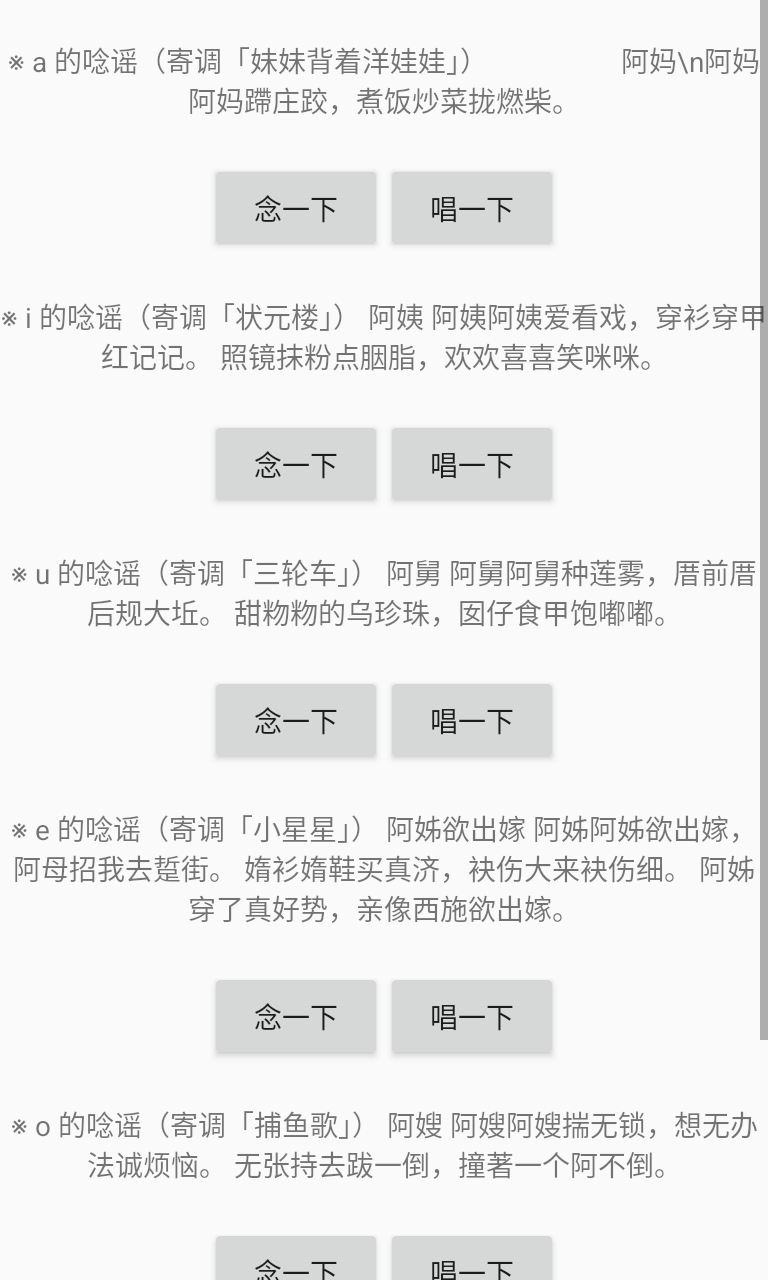
Repository: DIRONY/MinXue
Layout: MinXue/res/layout/fragment_nianyao.xml
These files come from the project's save history. The layout is drawn as it stood at one moment and after the next save; the edit follows.
It is drawn on a 768 x 1280 px phone screen (xhdpi) without system bars, with theme AppTheme; the app's code is not run.

Above is the layout before, as saved 2014-12-03 06:40:43.

After the next save:
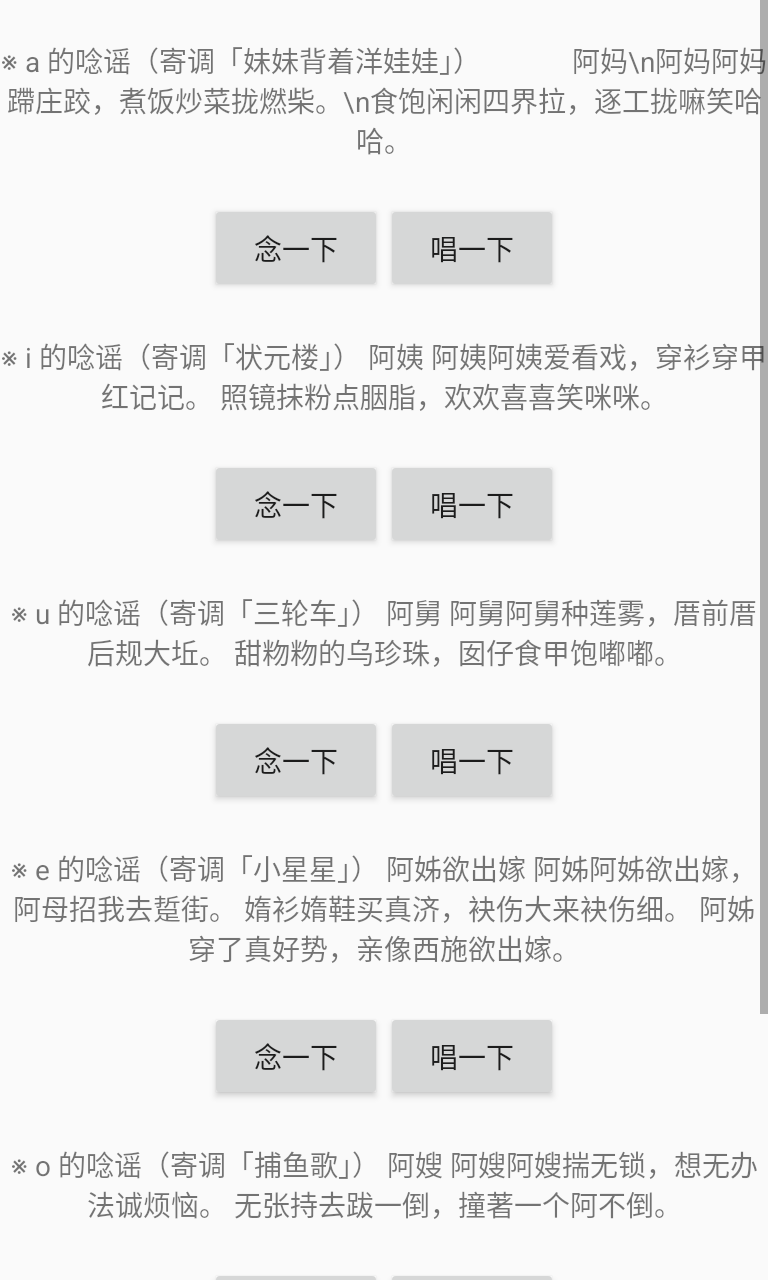
Saved 100 s later.
--- a/MinXue/res/layout/fragment_nianyao.xml
+++ b/MinXue/res/layout/fragment_nianyao.xml
@@ -15,7 +15,7 @@
             android:layout_marginTop="20dp"
             android:gravity="center"
             android:text="※ a 的唸谣（寄调「妹妹背着洋娃娃」）
-                  阿妈\n阿妈阿妈蹛庄跤，煮饭炒菜拢燃柴。"/>
+            阿妈\n阿妈阿妈蹛庄跤，煮饭炒菜拢燃柴。\n食饱闲闲四界拉，逐工拢嘛笑哈哈。"/>
 
         <LinearLayout
             android:layout_width="wrap_content"
